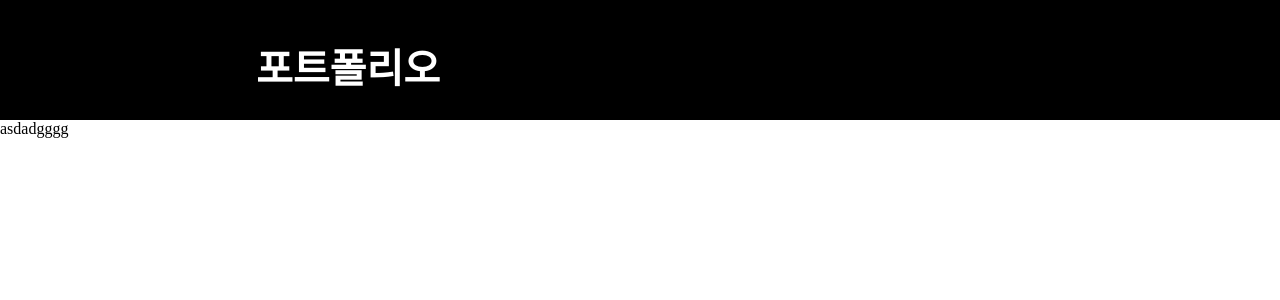
Repository: ItChoi/CSS-Study
Page: Css/WebContent/html/boostcourse/project-A1/portfolio.html
The author's editor kept a copy of each file at every save. The page is drawn from the files as they stood at one save, then again after a run of saves.
The browser window is 1280 px wide. The pictures show the whole page.

Above is the page before, as saved 2019-06-17 12:21:00.

After the next 2 saves:
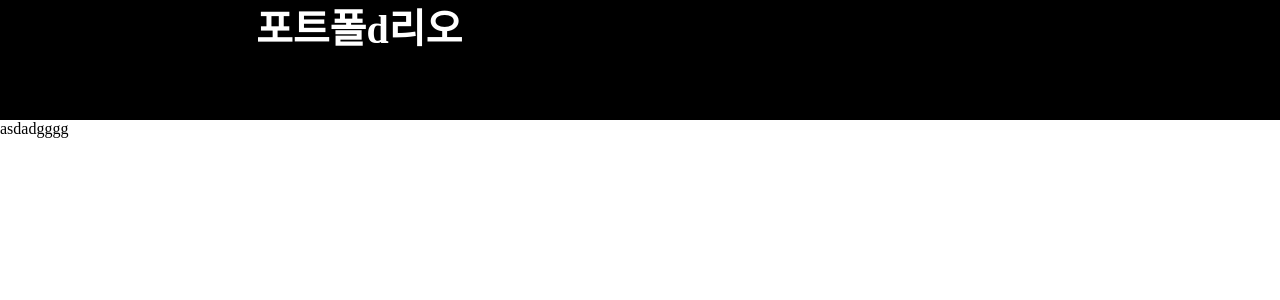
The 2 saves are shown as one change because they came seconds apart.
The last was saved 19 s later.
--- a/Css/WebContent/html/boostcourse/project-A1/portfolio.html
+++ b/Css/WebContent/html/boostcourse/project-A1/portfolio.html
@@ -14,7 +14,7 @@
 		<div class="content">
 
 			<div class="con_header">
-				<p class="title">포트폴리오</p>
+				<span class="title">포트폴d리오</span>
 			</div>
 
 			<div class="con_content">
